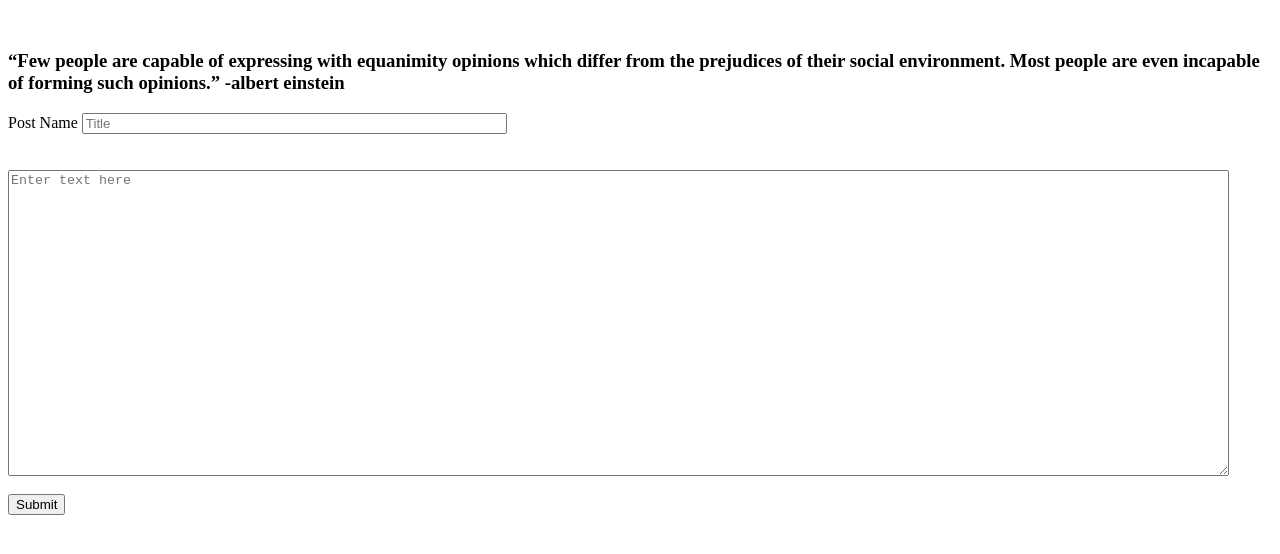
Repository: AnnieFisher/blog
Page: BlogMVC/WebContent/addPost.view.html
An editor plug-in stored every save of this project. The page is shown before and after the next save, followed by the edit.
The browser window is 1280 px wide. The pictures show the whole page.

Above is the page before, as saved 2016-12-18 06:29:30.

After the next save:
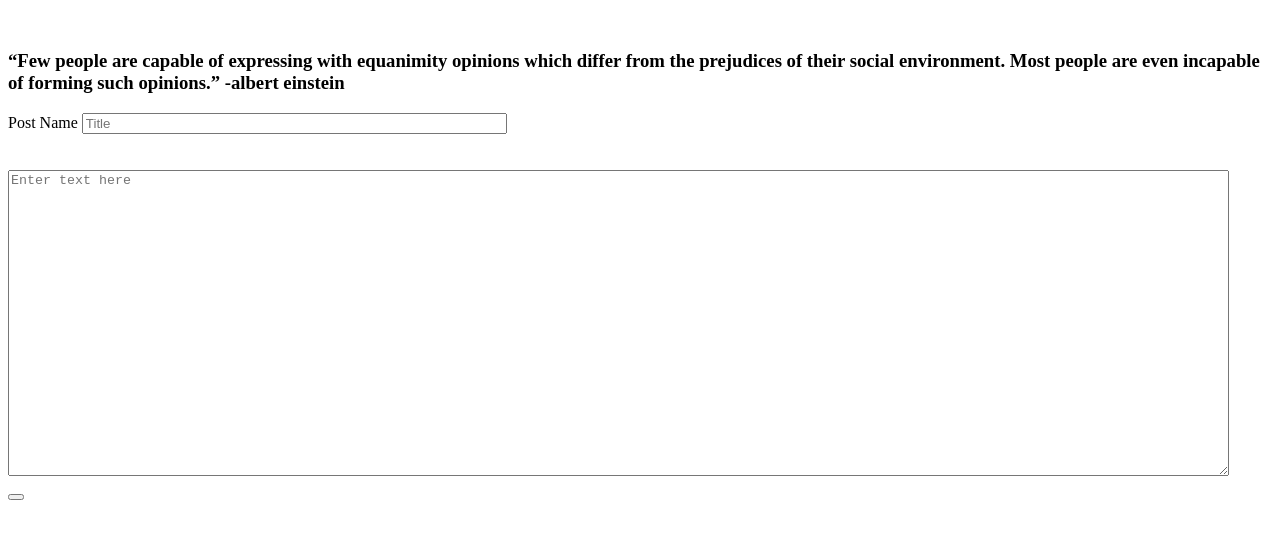
Saved 27 s later.
--- a/BlogMVC/WebContent/addPost.view.html
+++ b/BlogMVC/WebContent/addPost.view.html
@@ -10,8 +10,8 @@
 		  <textarea name="body" ng-model="post.body" placeholder = "Enter text here"
 			wrap="hard" rows="20" cols="150"></textarea>
 		   <br><br>
-
-		   <input type="submit" value="Submit" ng-click =createPost(post)>
+		  <button value="Submit" ng-click =createPost(post)></button>
+		   <!-- <input type="submit" value="Submit" ng-click =createPost(post)> -->
 		   </form>
 	   </div>
 	</div>

After the 2 saves that followed:
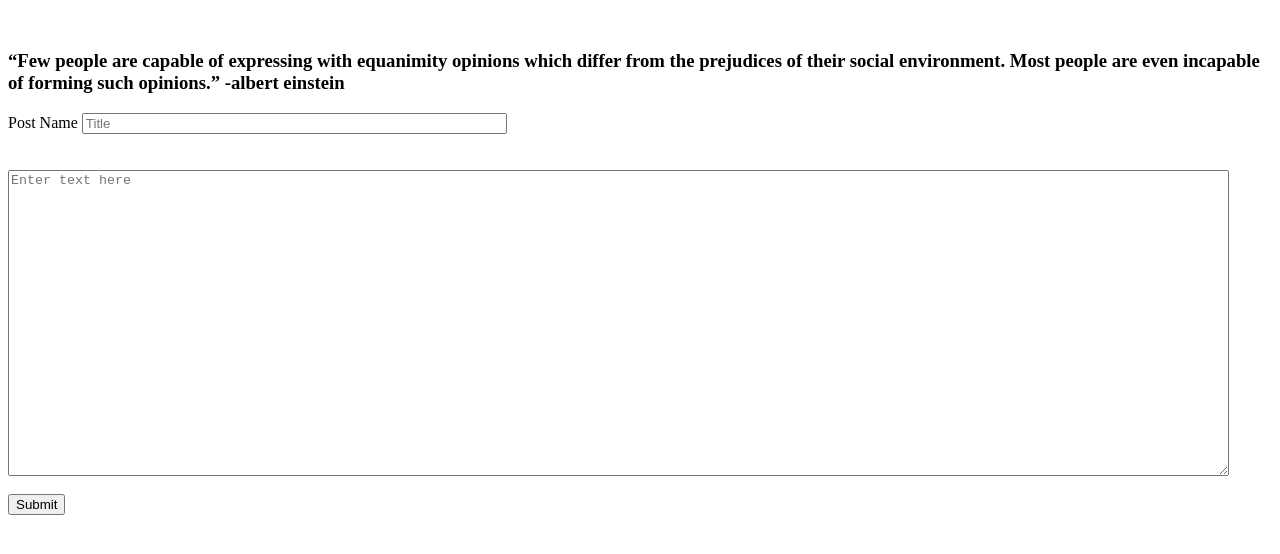
The 2 saves are shown as one change because 1 left the picture as it was.
The last was saved 66 s later.
--- a/BlogMVC/WebContent/addPost.view.html
+++ b/BlogMVC/WebContent/addPost.view.html
@@ -10,8 +10,8 @@
 		  <textarea name="body" ng-model="post.body" placeholder = "Enter text here"
 			wrap="hard" rows="20" cols="150"></textarea>
 		   <br><br>
-		  <button value="Submit" ng-click =createPost(post)></button>
-		   <!-- <input type="submit" value="Submit" ng-click =createPost(post)> -->
+		  <button value="Submit" ng-click =createPost(post)>Submit</button>
+
 		   </form>
 	   </div>
 	</div>
